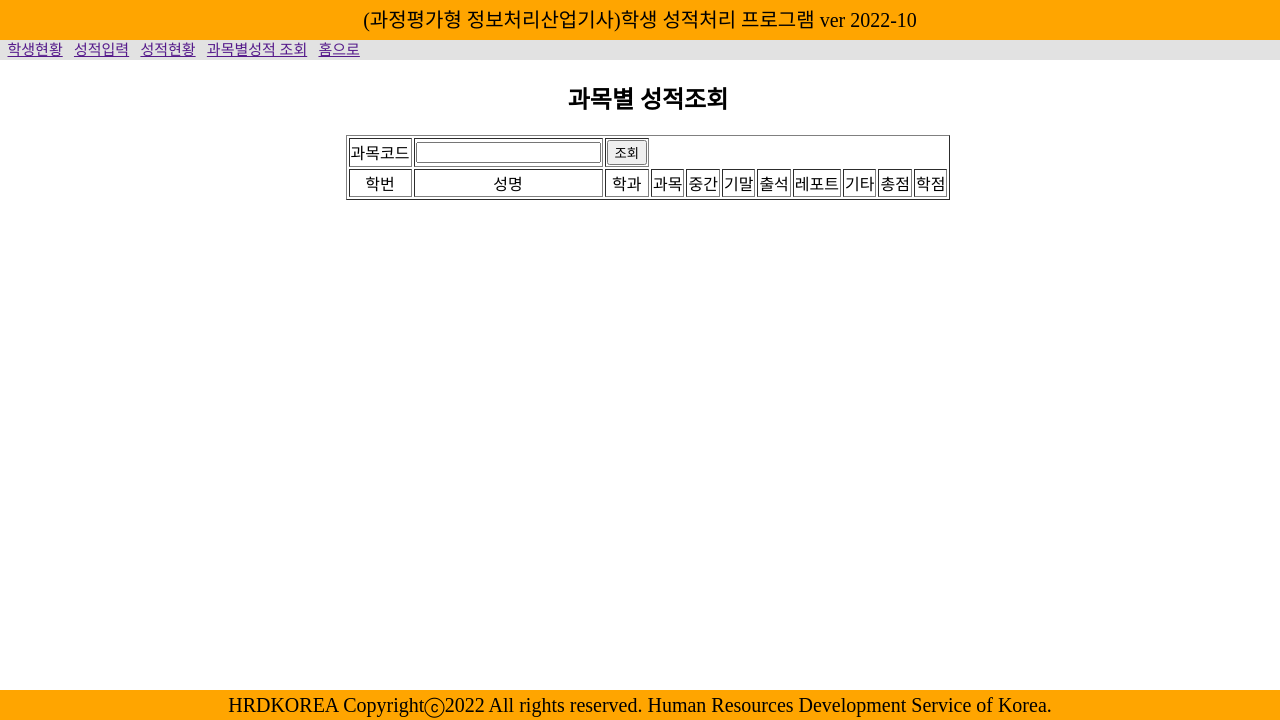
Repository: YeoJeongmo/hrdKorea
Page: http://localhost/HRD_01/sub_score.jsp
The author's editor kept a copy of each file at every save. The page is drawn from the files as they stood at one save, then again after the next save.
The browser window is 1280 px wide. The pictures show the whole page.
The page is served by Tomcat 9.

Above is the page before, as saved 2024-09-02 13:08:42.

After the next save:
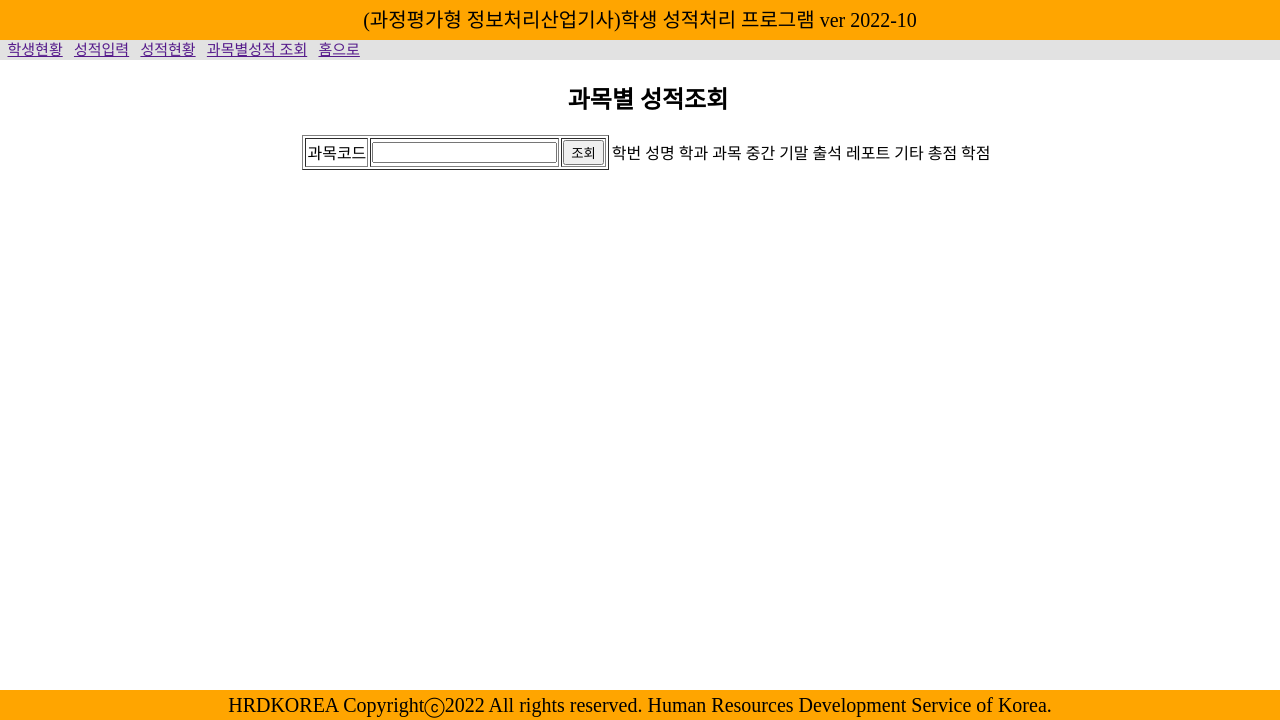
Saved 18 s later.
--- a/cbq_02/workspace/HRD_01/src/main/webapp/sub_score.jsp
+++ b/cbq_02/workspace/HRD_01/src/main/webapp/sub_score.jsp
@@ -18,6 +18,8 @@
 				<td> <input type="text" name="sub_code"> </td>
 				<td> <input type="button" value="조회"> </td>
 			</tr>
+		</table>
+		<table>
 			<tr>
 				<td> 학번 </td>
 				<td> 성명 </td>
